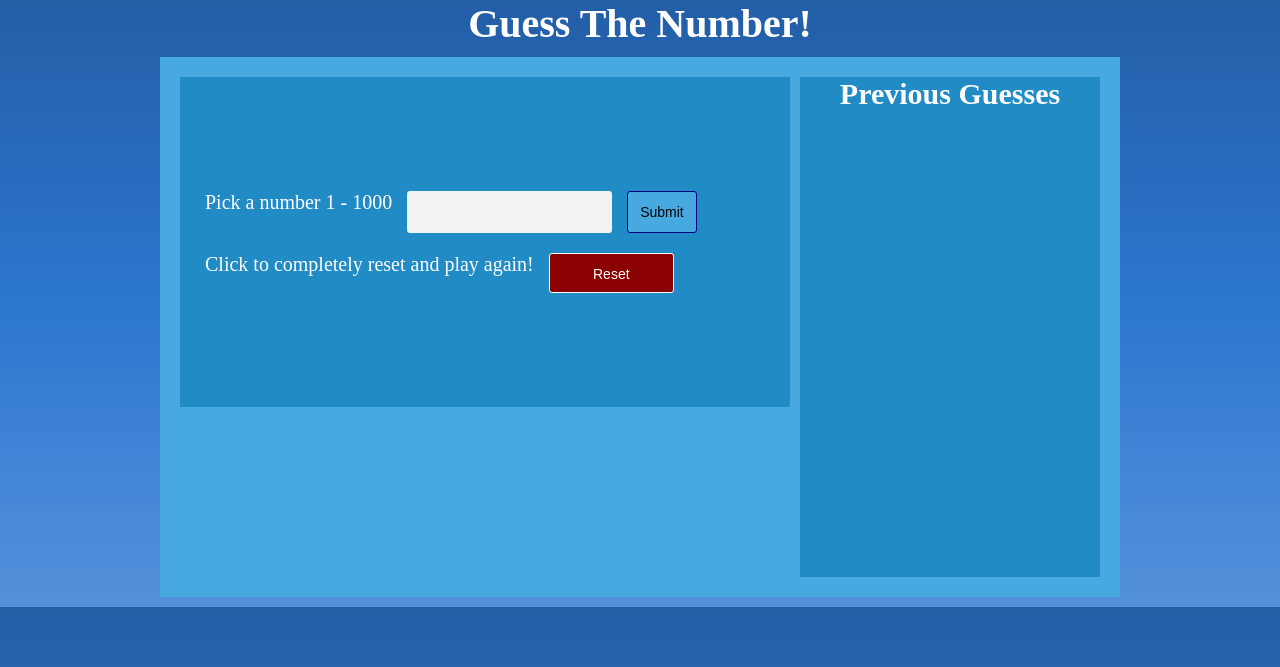
Repository: mlmEFSC21/P15-Modified-Guessing-Game
Page: guess.html
The author's editor kept a copy of each file at every save. The page is drawn from the files as they stood at one save, then again after the next save.
The browser window is 1280 px wide. The pictures show the whole page.

Above is the page before, as saved 2022-03-21 21:42:53.

After the next save:
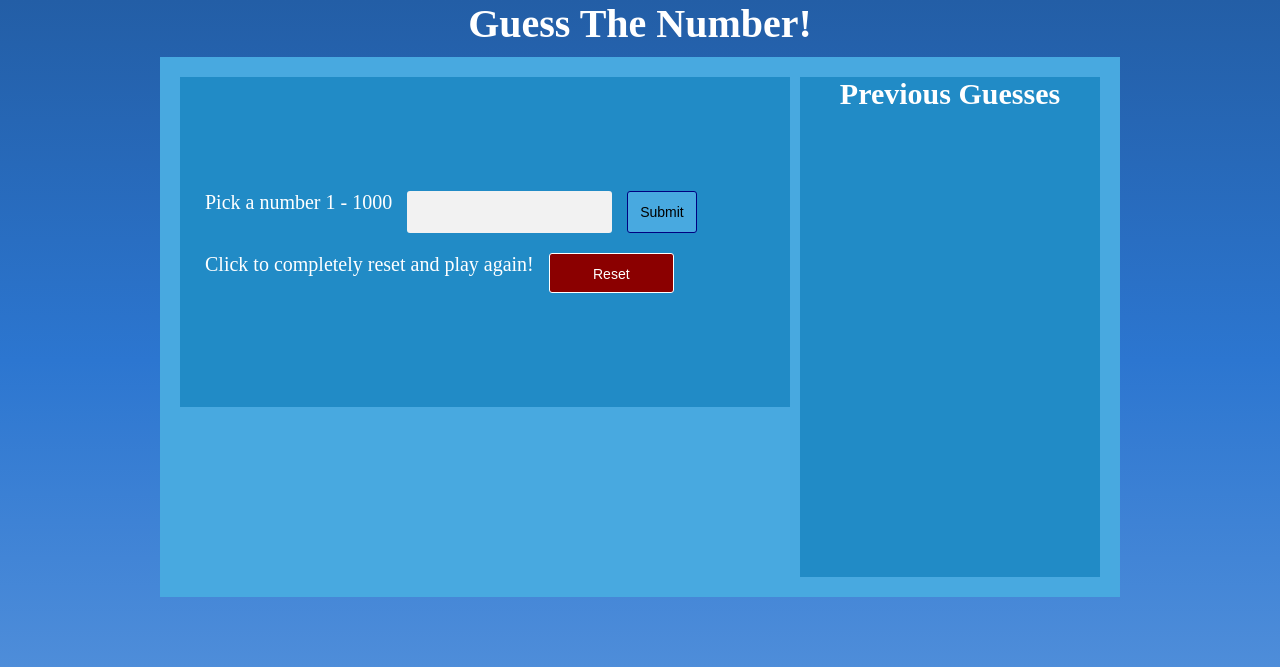
Saved 16 s later.
--- a/guess.css
+++ b/guess.css
@@ -13,7 +13,7 @@
 }
 body {
     background-image: linear-gradient(var(--clr-tertiary), #2c76d0, #5491db);
-    height: 100%;
+    height: 100vh;
     /* background-position: center;
     background-repeat: no-repeat;
     background-size: cover; */
